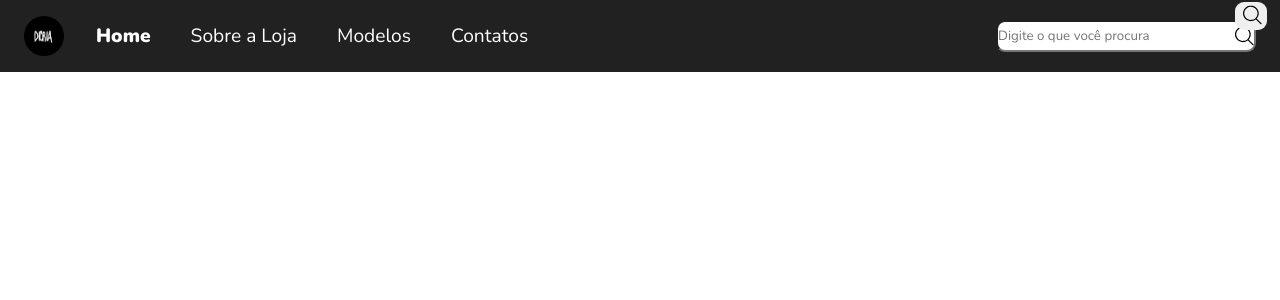
Repository: analessp/dicriastreet
Page: index.html
An editor plug-in stored every save of this project. The page is shown before and after the next save, followed by the edit.
The browser window is 1280 px wide. The pictures show the whole page.

Above is the page before, as saved 2025-04-17 12:36:03.

### index.html
<!DOCTYPE html>
<html lang="pt-BR">

<head>
    <meta charset="UTF-8">
    <meta name="viewport" content="width=device-width, initial-scale=1.0">
    <title>dicriastreet</title>
    <link rel="preconnect" href="https://fonts.googleapis.com">
    <link rel="preconnect" href="https://fonts.gstatic.com" crossorigin>
    <link
        href="https://fonts.googleapis.com/css2?family=Nunito:ital,wght@0,200..1000;1,200..1000&family=Outfit:wght@100..900&display=swap"
        rel="stylesheet">
    <link rel="stylesheet" href="style.css">
</head>

<body>
    <header>
        <nav id="header-nav">
            <img src="/assets/logo.png" alt="Logo dicriastreet" id="header-logo">
            <ul>
                <li>Home</li>
                <li>Sobre a Loja</li>
                <li>Modelos</li>
                <li>Contatos</li>
            </ul>
            </nav>
            <div id="header-search-bar">
                <input type="text" placeholder="Digite o que você procura">
                <button>
                    <img id="search-icon" src="/assets/search.svg" alt="Imagem de uma lupa">
            </div>
    </header>
    <main>

    </main>
    <footer>

    </footer>
</body>

</html>

### style.css
:root {
    --background-color: #000000;
    --font-color: #ffffff;
    --primary-color: #adaaaa;
    --secondary-color: #212121;
}

* {
    margin: 0;
    padding: 0;
    font-family: "Nunito", sans-serif;
}

body {
    height: 100vh;
}

header {
    display: flex;
    align-items: center;
    justify-content: space-between;
    height: 3.5rem;
    background-color: var(--secondary-color);
    color: var(--font-color);
    gap: 1.5rem;
    padding: 0.5rem 1.5rem;
}

#header-nav {
    display: flex;
    align-items: center;
    gap: 2rem;
}

#header-logo {
    width: 2.5rem;
    height: fit-content;
    border-radius: 100%;
}


#header-nav ul {
    display: flex;
    color: var(--var-secondary-color);
    font-size: 1.2rem;
    list-style: none;
    gap: 2.5rem;
}

#header-nav ul li:first-child {
    color: var(--font-color);
    font-weight: 900;
}

#header-seach-bar {
    position: relative;
}

#header-search-bar input {
    border-radius: 9px;
    height: 1.8rem;
    width: 16rem;
    padding: 0 1 rem;
    background: url(/assets/search.svg);
    background-color: #ffffff;
    background-repeat: no-repeat;
    background-position: right;
}

#header-search-bar button {
    cursor: pointer;
    height: 1.8rem;
    width: 2rem;
    border-radius: 9px;
    padding: 0.2rem 0.5rem;
    border: none;
    position: absolute;
    right: 0.8rem;
    top: 0.1rem;

    &:active {
        transform: scale(0.9);
        background-color: var(--secondary-color);
    }
}

After the next save:
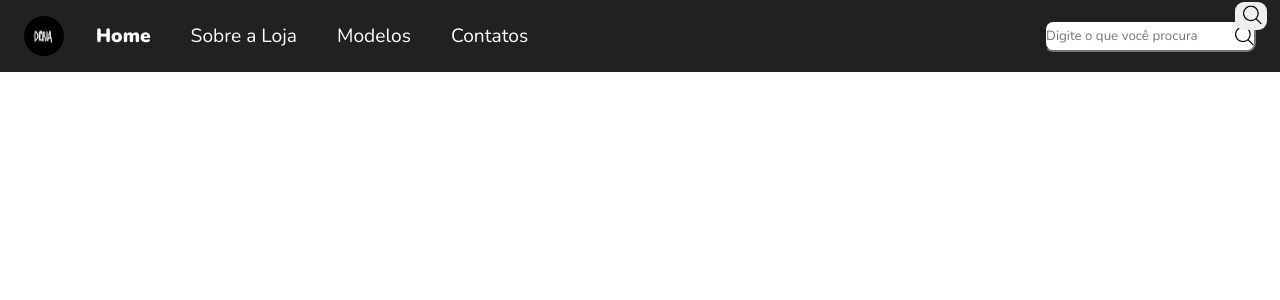
Saved 9 s later.
--- a/style.css
+++ b/style.css
@@ -59,7 +59,7 @@ header {
 #header-search-bar input {
     border-radius: 9px;
     height: 1.8rem;
-    width: 16rem;
+    width: 13rem;
     padding: 0 1 rem;
     background: url(/assets/search.svg);
     background-color: #ffffff;
